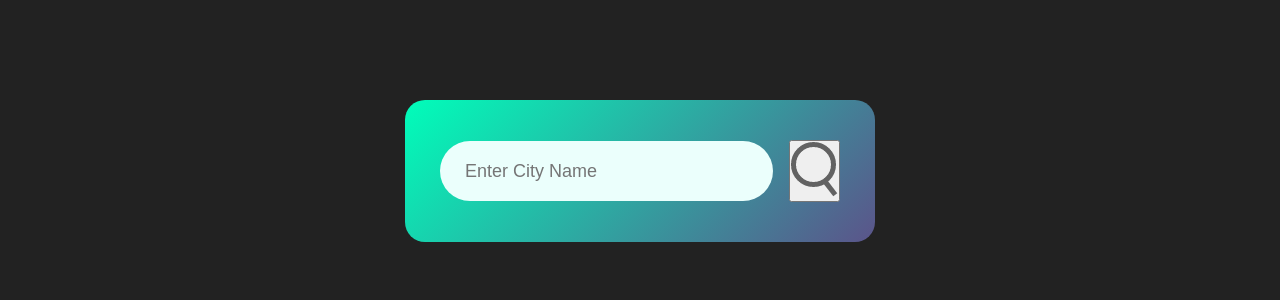
Repository: dubeprince/WeatherApp-Project
Page: WeatherApp/index.html
The author's editor kept a copy of each file at every save. The page is drawn from the files as they stood at one save, then again after the next save.
The browser window is 1280 px wide. The pictures show the whole page.

Above is the page before, as saved 2023-05-26 10:42:44.

### WeatherApp/index.html
<!DOCTYPE html>
<html lang="en">
<head>
    <meta charset="UTF-8">
    <meta http-equiv="X-UA-Compatible" content="IE=edge">
    <meta name="viewport" content="width=device-width, initial-scale=1.0">
    <title>Weather App</title>
    <link rel = "stylesheet" href = "style.css">
</head>
<body>

    <div class="card">
        <div class="search">
            <input type="text" placeholder="Enter City Name" spellcheck="false">
            <button><img src="images/search.png" alt=""></button>
        </div>
    </div>

</body>
</html>

### WeatherApp/style.css
*{
    margin : 0;
    padding: 0;
    font-family: 'Poppins', sans-serif;
    box-sizing: border-box;

}
body{
    background: #222;
}
.card{
    width: 90%;
    max-width: 470px;
    background: linear-gradient(135deg, #00feba, #5b548a);
    color: #fff; /* white */
    margin: 100px auto 0;
    border-radius: 20px;
    padding: 40px 35px;
    text-align: center;

}
.search{
    width: 100%;
    display: flex;
    align-items: center;
    justify-content: space-between;
}
.search input{
    border: 0;
    outline: 0;
    background: #ebfffc;
    color: #555;
    padding: 10px 25px;
    height: 60px;
    border-radius: 30px;
    flex: 1;
    margin-right: 16px;
    font-size: 18px;
}
.search button{
    border-radius: ;
}

After the next save:
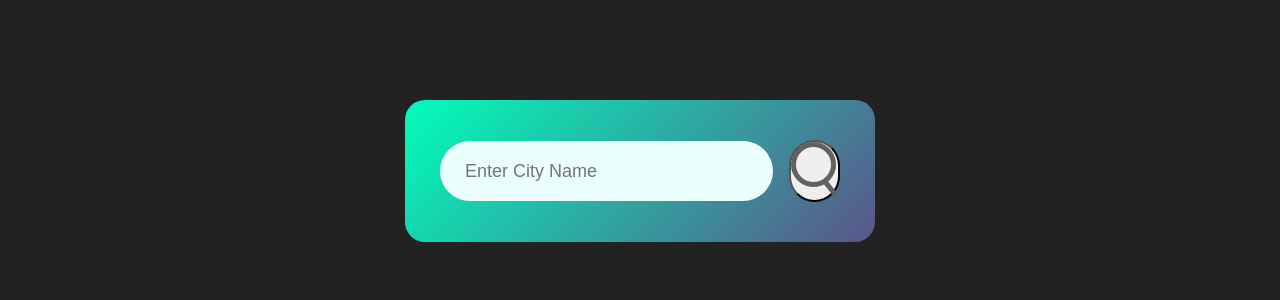
Saved 2 min 59 s later.
--- a/WeatherApp/style.css
+++ b/WeatherApp/style.css
@@ -38,5 +38,5 @@ body{
     font-size: 18px;
 }
 .search button{
-    border-radius: ;
+    border-radius: 60px;
 }
